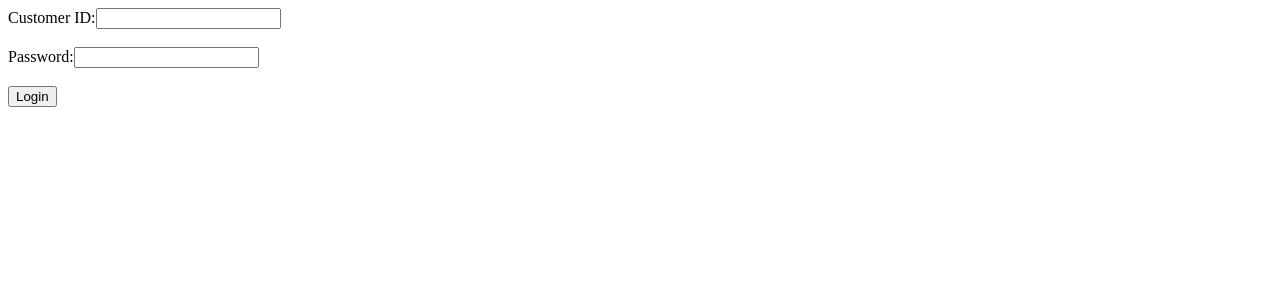
Repository: Yogashree-v-h-27/Ticket_Booking_webApp
Page: Ticket_Booking/WebContent/login.html
An editor plug-in stored every save of this project. The page is shown before and after the next save, followed by the edit.
The browser window is 1280 px wide. The pictures show the whole page.

Above is the page before, as saved 2021-06-15 08:04:30.

After the next save:
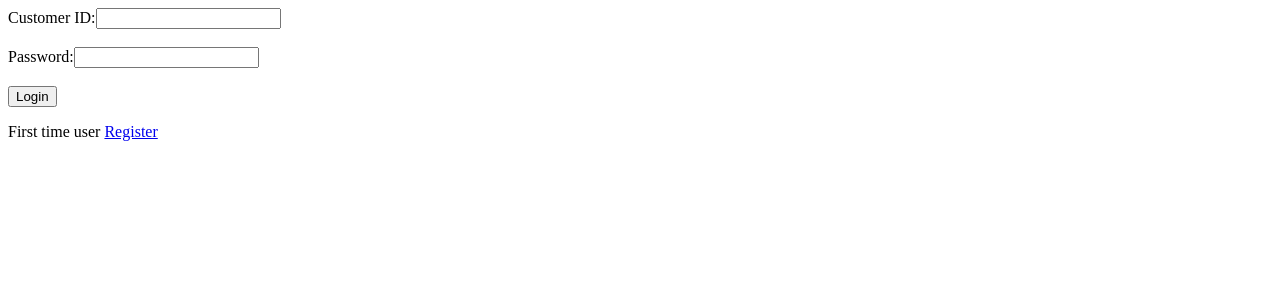
Saved 14 min 12 s later.
--- a/Ticket_Booking/WebContent/login.html
+++ b/Ticket_Booking/WebContent/login.html
@@ -9,6 +9,7 @@
 Customer ID:<input type="text" name="CustomerID"/><br/><br/>
 Password:<input type="text" name="password"/><br/><br/>
 <input type="submit" value="Login"/>
+<p>First time user <a href="register.html">Register</a>
 </form>
 </body>
 </html>
